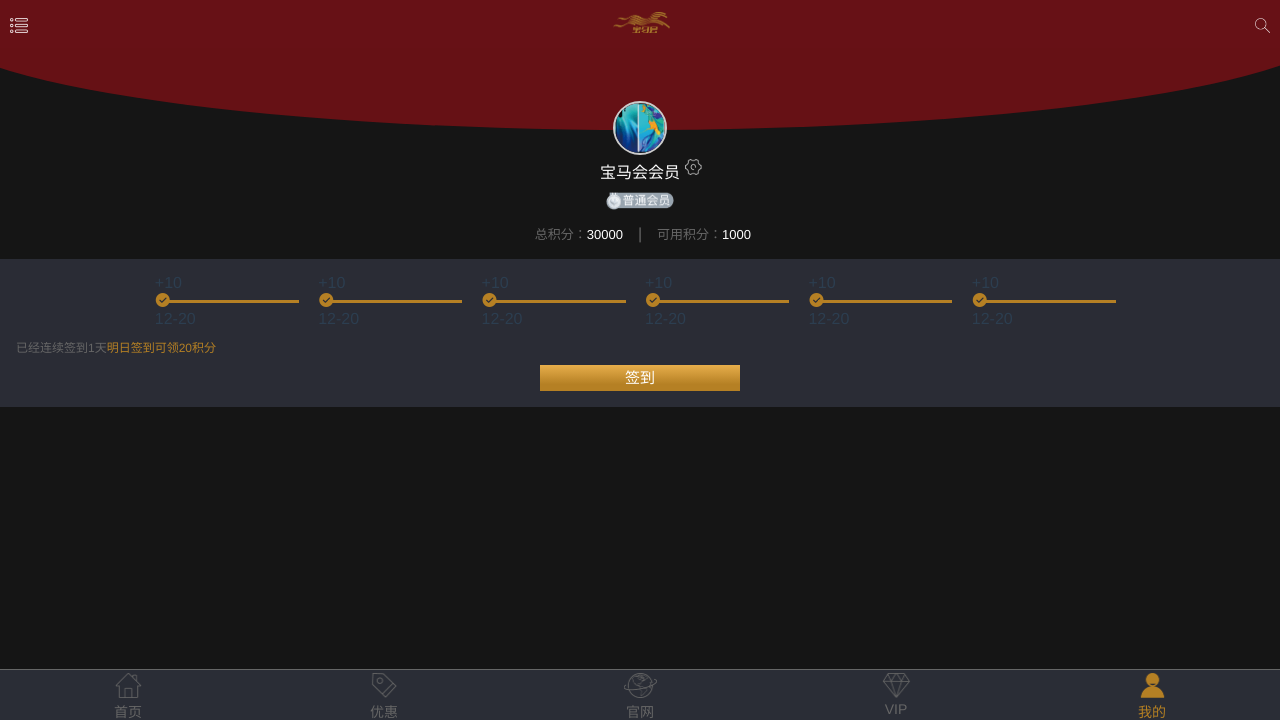
Repository: ada6688/IntegralMall
Page: /Member
The author's editor kept a copy of each file at every save. The page is drawn from the files as they stood at one save, then again after the next save.
The browser window is 1280 px wide. The pictures show the whole page.
The project was rebuilt for these pictures with package versions that can differ from the ones it lists, and the page was loaded fresh each time. Also part of the build but not shown: src/components/page/notice.vue, src/components/page/shouye.vue, src/components/page/Vip.vue, src/components/page/Youhui.vue, src/router/index.js.

Above is the page before, as saved 2020-01-04 16:02:08.

After the next save:
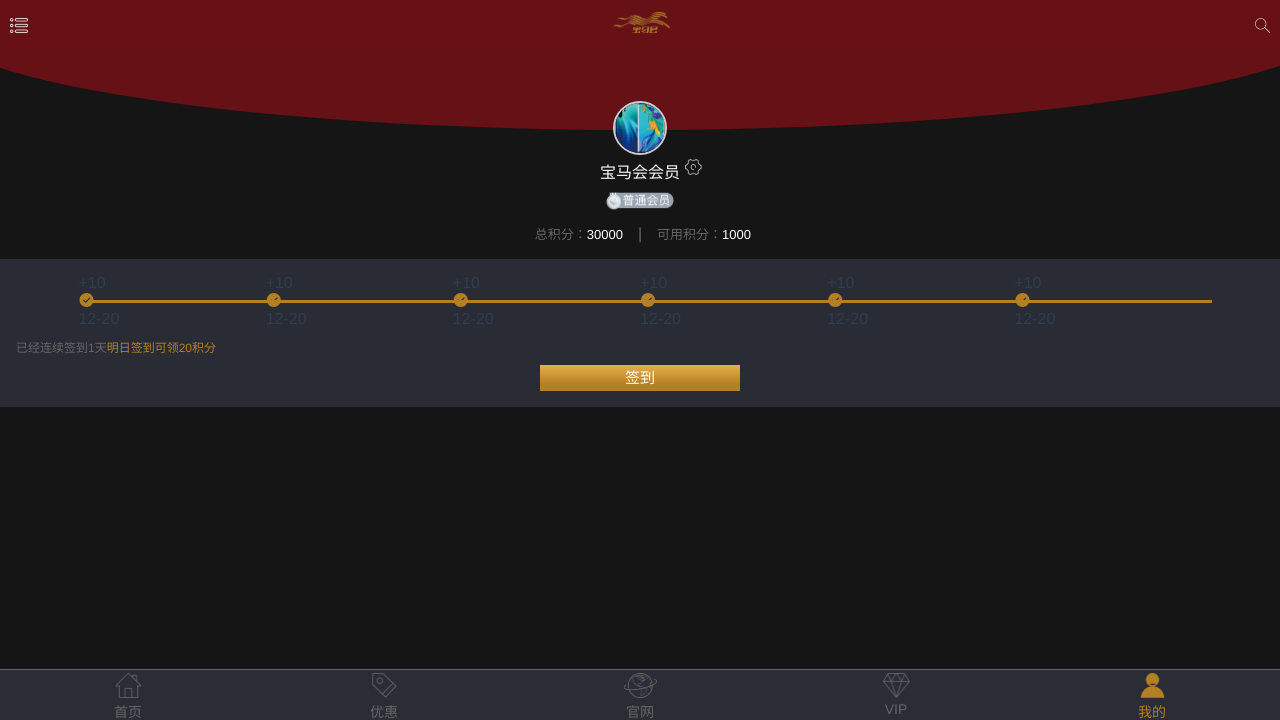
Saved 3 min 27 s later.
--- a/src/assets/css/index.css
+++ b/src/assets/css/index.css
@@ -203,11 +203,8 @@
 }
 
 
-.member-signIn-status-line{
-  padding-left: 10px;
-}
 .member-signIn-status-1{
-  width: 13.2%;
+  width: 15%;
   text-align: left;
   display: inline-block;
 }
@@ -215,7 +212,7 @@
   color: #34363D;
 }
 .member-signIn-line{
-  width: 82%;
+  width: 100%;
   height: 3px;
   display: inline-block;
   background: #34363D;
